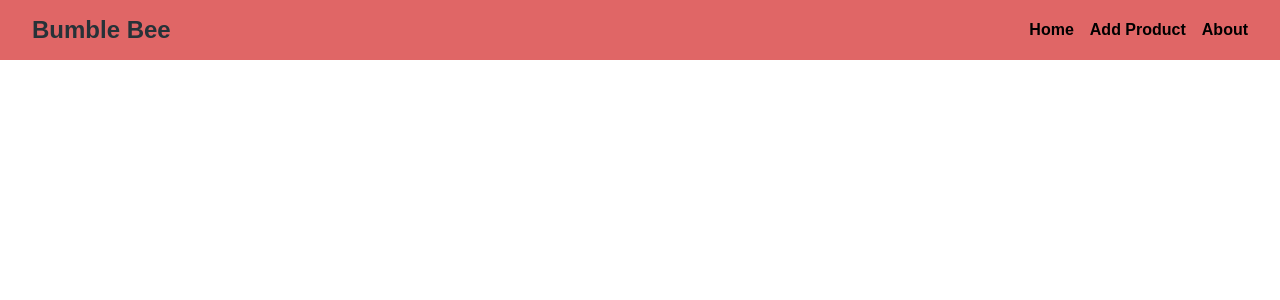
Repository: developerks611/Bumble-bee
Page: http://localhost/Bumble/product-nav.jsp
These files come from the project's save history. The page is drawn as it stood at one moment and after the next save; the edit follows.
The browser window is 1280 px wide. The pictures show the whole page.
The page is served by Tomcat 9. Other server files are loaded and not shown.

Above is the page before, as saved 2023-03-05 16:57:57.

### Bumble/src/main/webapp/product-nav.jsp
<%@ page language="java" contentType="text/html; charset=ISO-8859-1"
    pageEncoding="ISO-8859-1" isELIgnored="false"%>
 <%@ taglib prefix = "tag" uri = "http://java.sun.com/jsp/jstl/core" %>
<!DOCTYPE html>
<html>
<head>
<meta charset="ISO-8859-1">
<style type="text/css">
* {
  padding: 0;
  margin: 0;
}

body {
  font-family: Arial, Tahoma, Serif;
  color: #263238;
}

nav {
  display: flex;
  justify-content:space-between;
  align-items: center;
  padding: 1rem 2rem;
  background: #e06666;
}

nav ul {
  display: flex;
  list-style: none;
}

nav li {
  padding-left: 1rem;
}

nav a {
  text-decoration: none;
  color: black;
  font-weight:bold;
}


</style>
<title>Insert title here</title>
</head>
<body>

<nav>
  <h2>Bumble Bee</h2>
  <ul>
    <li><a href="">Home</a></li>
    <li><a href="add-product.jsp">Add Product</a></li>
    <li><a href="">About</a></li>
  </ul>
</nav><br>

</body>
</html>

After the next save:
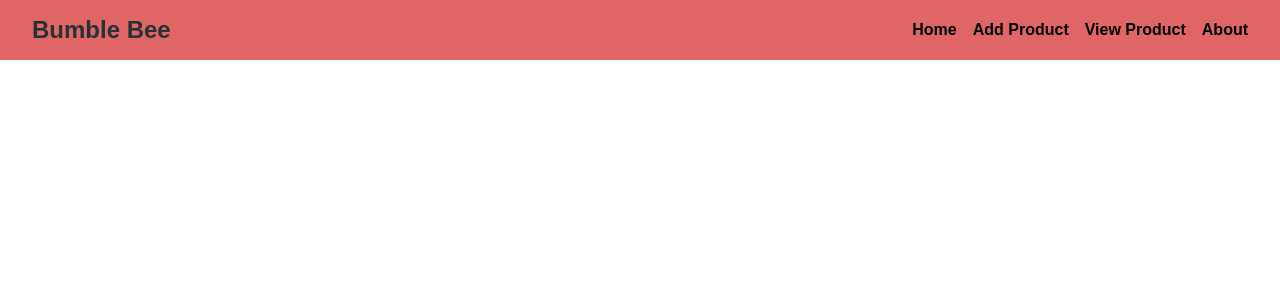
Saved 24 s later.
--- a/Bumble/src/main/webapp/product-nav.jsp
+++ b/Bumble/src/main/webapp/product-nav.jsp
@@ -50,6 +50,7 @@
   <ul>
     <li><a href="">Home</a></li>
     <li><a href="add-product.jsp">Add Product</a></li>
+    <li><a href="add-product.jsp">View Product</a></li>
     <li><a href="">About</a></li>
   </ul>
 </nav><br>
